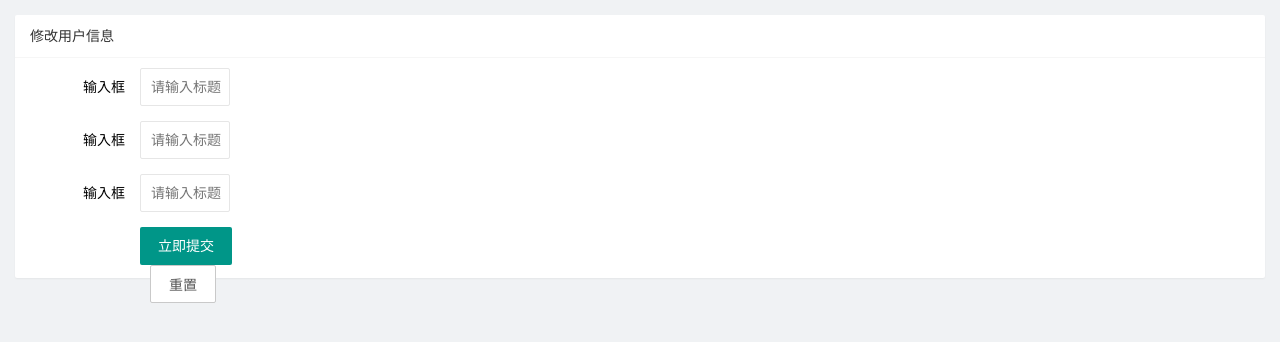
Repository: toastname/openread
Page: User/user_info.html
An editor plug-in stored every save of this project. The page is shown before and after the next save, followed by the edit.
The browser window is 1280 px wide. The pictures show the whole page.

Above is the page before, as saved 2021-06-06 18:14:20.

### User/user_info.html
<!DOCTYPE html>
<html lang="en">

<head>
    <meta charset="UTF-8">
    <meta http-equiv="X-UA-Compatible" content="IE=edge">
    <meta name="viewport" content="width=device-width, initial-scale=1.0">
    <title>Document</title>
    <script src="../lib/jquery.js"></script>
    <link rel="stylesheet" href="../lib/layui/css/layui.css">
    <link rel="stylesheet" href="../styles/User/user_info.css">
</head>

<body>
    <div class="layui-card">
        <div class="layui-card-header">修改用户信息</div>
        <div class="layui-card-body">
            <form class="layui-form" action="">
                <div class="layui-form-item">
                    <label class="layui-form-label">输入框</label>
                    <div class="layui-input-block">
                        <input type="text" name="title" required lay-verify="required" placeholder="请输入标题" autocomplete="off" class="layui-input">
                    </div>
                </div>
                <div class="layui-form-item">
                    <label class="layui-form-label">输入框</label>
                    <div class="layui-input-block">
                        <input type="text" name="title" required lay-verify="required" placeholder="请输入标题" autocomplete="off" class="layui-input">
                    </div>
                </div>
                <div class="layui-form-item">
                    <label class="layui-form-label">输入框</label>
                    <div class="layui-input-block">
                        <input type="text" name="title" required lay-verify="required" placeholder="请输入标题" autocomplete="off" class="layui-input">
                    </div>
                </div>
                <div class="layui-form-item">
                    <div class="layui-input-block">
                        <button class="layui-btn" lay-submit lay-filter="formDemo">立即提交</button>
                        <button type="reset" class="layui-btn layui-btn-primary">重置</button>
                    </div>
                </div>
        </div>
    </div>


    <!-- 导入layui的script -->
    <script src="lib/layui/layui.all.js"></script>
    <script src="lib/jquery.js"></script>
    <script src="scripts/baseAPI.js"></script>
</body>

</html>

### styles/User/user_info.css
body {
    background-color: #f0f2f4;
    padding: 15px;
}

.layui-form {
    width: 200px;
    height: 200px;
}

### scripts/baseAPI.JS
// 注意：每次调用 $.get() 或 $.post() 或 $.ajax() 的时候，
// 会先调用 ajaxPrefilter 这个函数
// 在这个函数中，可以拿到我们给Ajax提供的配置对象
$.ajaxPrefilter(function(options) {
    // 在发起真正的 Ajax 请求之前，统一拼接请求的根路径
    options.url = 'http://api-breakingnews-web.itheima.net' + options.url

    // 统一为有权限的接口，设置 headers 请求头
    if (options.url.indexOf('/my/') !== -1) {
        options.headers = {
            Authorization: localStorage.getItem('token') || ''
        }
    }

    // 全局统一挂载 complete 回调函数
    options.complete = function(res) {
        // console.log('执行了 complete 回调：')
        // console.log(res)
        // 在 complete 回调函数中，可以使用 res.responseJSON 拿到服务器响应回来的数据
        if (res.responseJSON.status === 1 && res.responseJSON.message === '身份认证失败！') {
            // 1. 强制清空 token
            localStorage.removeItem('token')
                // 2. 强制跳转到登录页面
            location.href = '/login.html'
        }
    }
})

Loaded but not shown: lib/jquery.js (library); lib/layui/css/layui.css (library); lib/layui/layui.all.js (library); lib/layui/css/modules/laydate/default/laydate.css (library); lib/layui/css/modules/layer/default/layer.css (library); lib/layui/css/modules/code.css (common file)

After the next save:
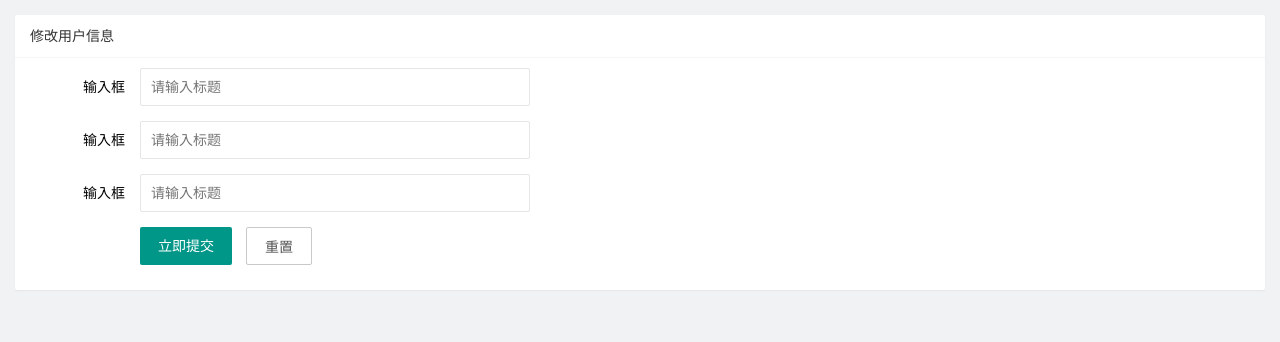
Saved 77 s later.
--- a/styles/User/user_info.css
+++ b/styles/User/user_info.css
@@ -4,6 +4,5 @@ body {
 }
 
 .layui-form {
-    width: 200px;
-    height: 200px;
+    width: 500px;
 }
